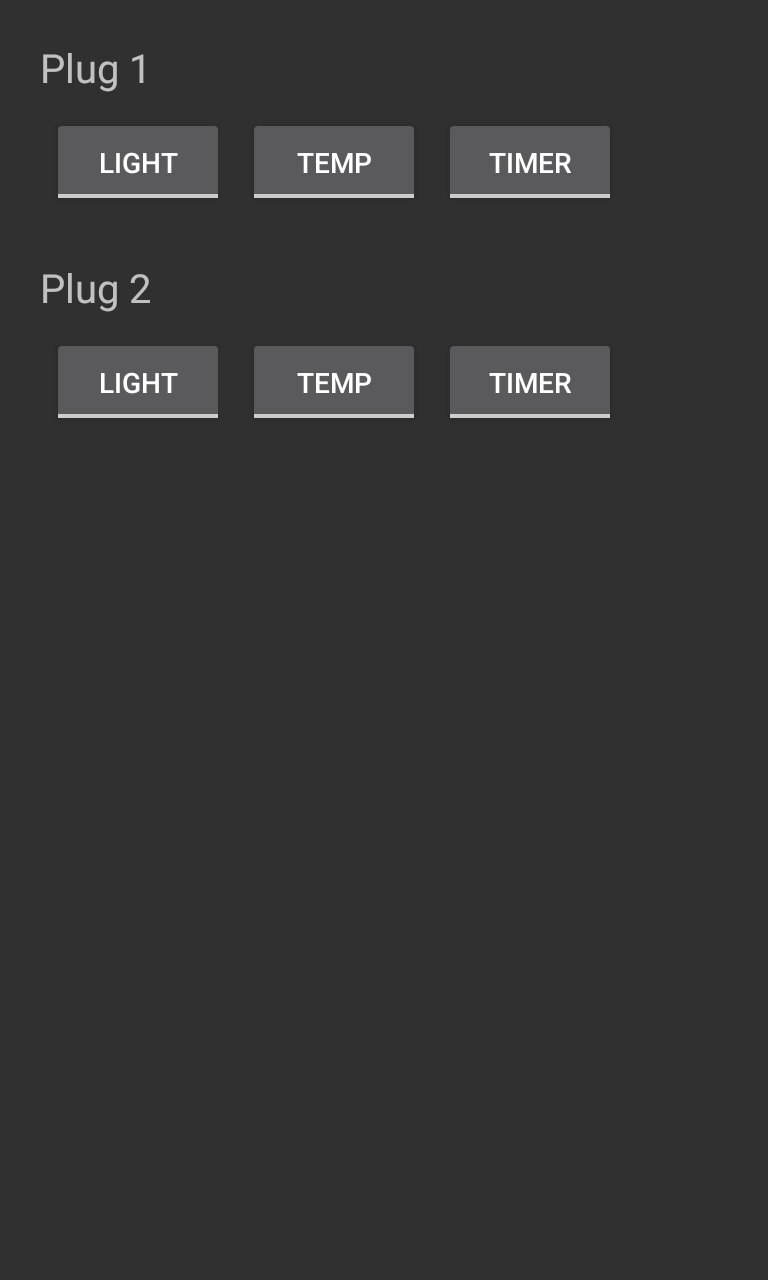
Repository: deanzaka/Shroom-Smart-Terminal
Layout: IOIOShroomST/res/layout/settings.xml
The author's editor kept a copy of each file at every save. The layout is drawn from the files as they stood at one save, then again after the next save.
It is drawn on a 768 x 1280 px phone screen (xhdpi) without system bars, with theme Theme.AppCompat; the app's code is not run.

Above is the layout before, as saved 2014-11-17 02:02:54.

After the next save:
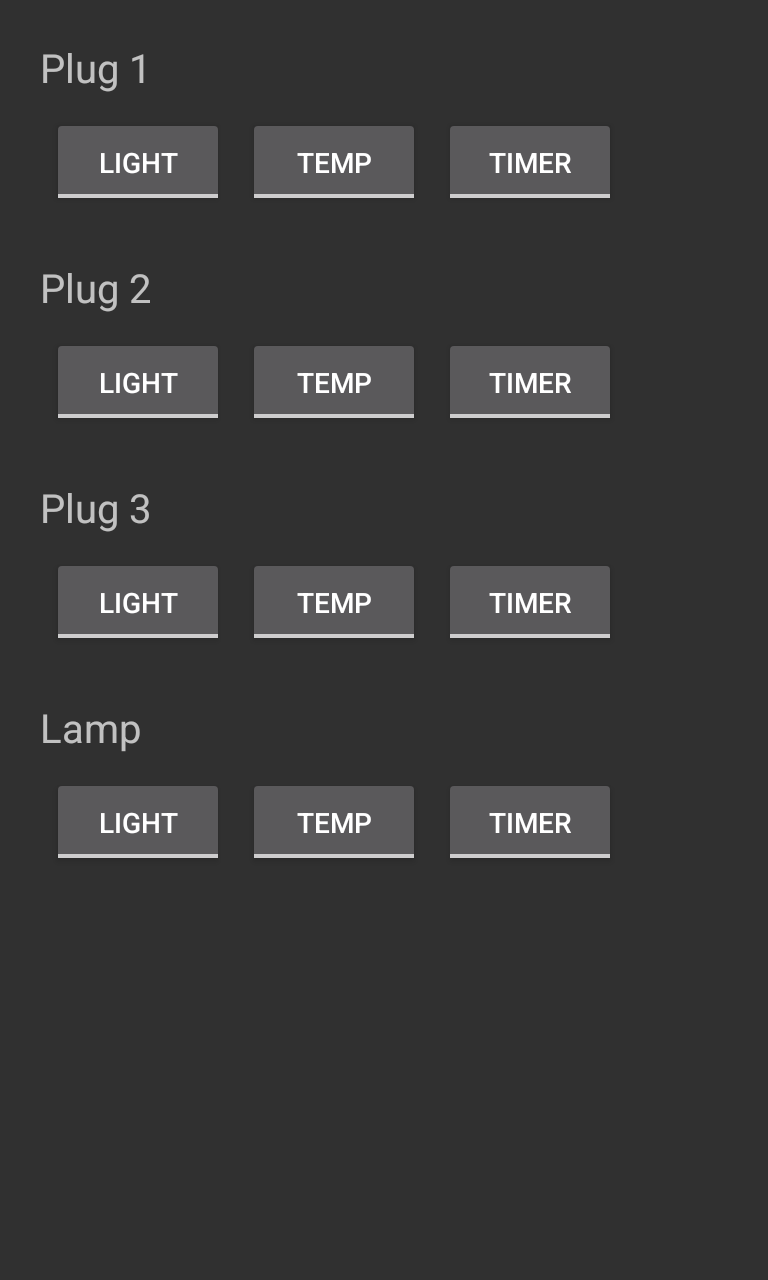
Saved 107 s later.
--- a/IOIOShroomST/res/layout/settings.xml
+++ b/IOIOShroomST/res/layout/settings.xml
@@ -102,4 +102,101 @@
 			/>
 	</RelativeLayout>
 
+	<TextView
+        android:layout_width="wrap_content"
+        android:layout_height="wrap_content"
+        android:layout_marginTop="20dp"
+        android:layout_marginLeft="20dp"
+        android:textSize="20sp"
+        android:text="@string/terminal_3" />
+
+	<RelativeLayout
+	    android:layout_width="match_parent"
+		android:layout_height="wrap_content"
+		android:orientation="horizontal"
+		android:gravity="left"
+		android:paddingLeft="20dp"
+		android:paddingTop="5dp">
+
+	    <ToggleButton
+			android:id="@+id/LightSens3"
+			android:layout_width="wrap_content"
+			android:layout_height="wrap_content"
+			android:layout_margin="5dp"
+			android:text="@string/light_sensor"
+			android:textOn="@string/light_sensor"
+			android:textOff="@string/light_sensor"
+			/>
+
+		<ToggleButton
+			android:id="@+id/TempSens3"
+			android:layout_width="wrap_content"
+			android:layout_height="wrap_content"
+			android:layout_toRightOf="@id/LightSens3"
+			android:layout_margin="5dp"
+			android:text="@string/temp_sensor"
+			android:textOn="@string/temp_sensor"
+			android:textOff="@string/temp_sensor"
+			/>
+
+		<ToggleButton
+			android:id="@+id/Timer3"
+			android:layout_width="wrap_content"
+			android:layout_height="wrap_content"
+			android:layout_toRightOf="@id/TempSens3"
+			android:layout_margin="5dp"
+			android:text="@string/timer"
+			android:textOn="@string/timer"
+			android:textOff="@string/timer"
+			/>
+	</RelativeLayout>
+
+	<TextView
+        android:layout_width="wrap_content"
+        android:layout_height="wrap_content"
+        android:layout_marginTop="20dp"
+        android:layout_marginLeft="20dp"
+        android:textSize="20sp"
+        android:text="@string/lamp" />
+
+	<RelativeLayout
+	    android:layout_width="match_parent"
+		android:layout_height="wrap_content"
+		android:orientation="horizontal"
+		android:gravity="left"
+		android:paddingLeft="20dp"
+		android:paddingTop="5dp">
+
+	    <ToggleButton
+			android:id="@+id/LightSens4"
+			android:layout_width="wrap_content"
+			android:layout_height="wrap_content"
+			android:layout_margin="5dp"
+			android:text="@string/light_sensor"
+			android:textOn="@string/light_sensor"
+			android:textOff="@string/light_sensor"
+			/>
+
+		<ToggleButton
+			android:id="@+id/TempSens4"
+			android:layout_width="wrap_content"
+			android:layout_height="wrap_content"
+			android:layout_toRightOf="@id/LightSens4"
+			android:layout_margin="5dp"
+			android:text="@string/temp_sensor"
+			android:textOn="@string/temp_sensor"
+			android:textOff="@string/temp_sensor"
+			/>
+
+		<ToggleButton
+			android:id="@+id/Timer4"
+			android:layout_width="wrap_content"
+			android:layout_height="wrap_content"
+			android:layout_toRightOf="@id/TempSens4"
+			android:layout_margin="5dp"
+			android:text="@string/timer"
+			android:textOn="@string/timer"
+			android:textOff="@string/timer"
+			/>
+	</RelativeLayout>
 </LinearLayout>
